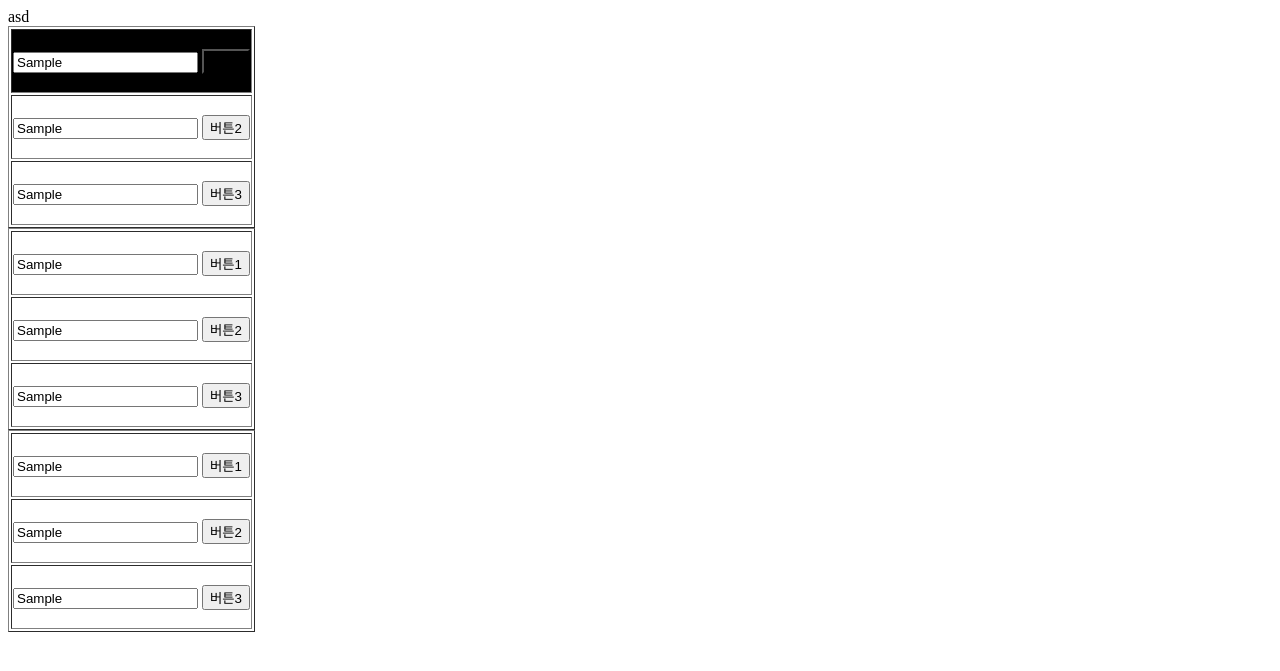
Repository: jojojojoya/programming
Page: dbworkspace/17_JQuery_/src/main/webapp/j6_Object_select.html
An editor plug-in stored every save of this project. The page is shown before and after the next save, followed by the edit.
The browser window is 1280 px wide. The pictures show the whole page.
Empty fields were first filled with sample values (such as "Sample", 5 or name@example.com).
After loading, the first visible `button` was clicked once.

Above is the page before, as saved 2025-01-07 01:01:25.

After the next save:
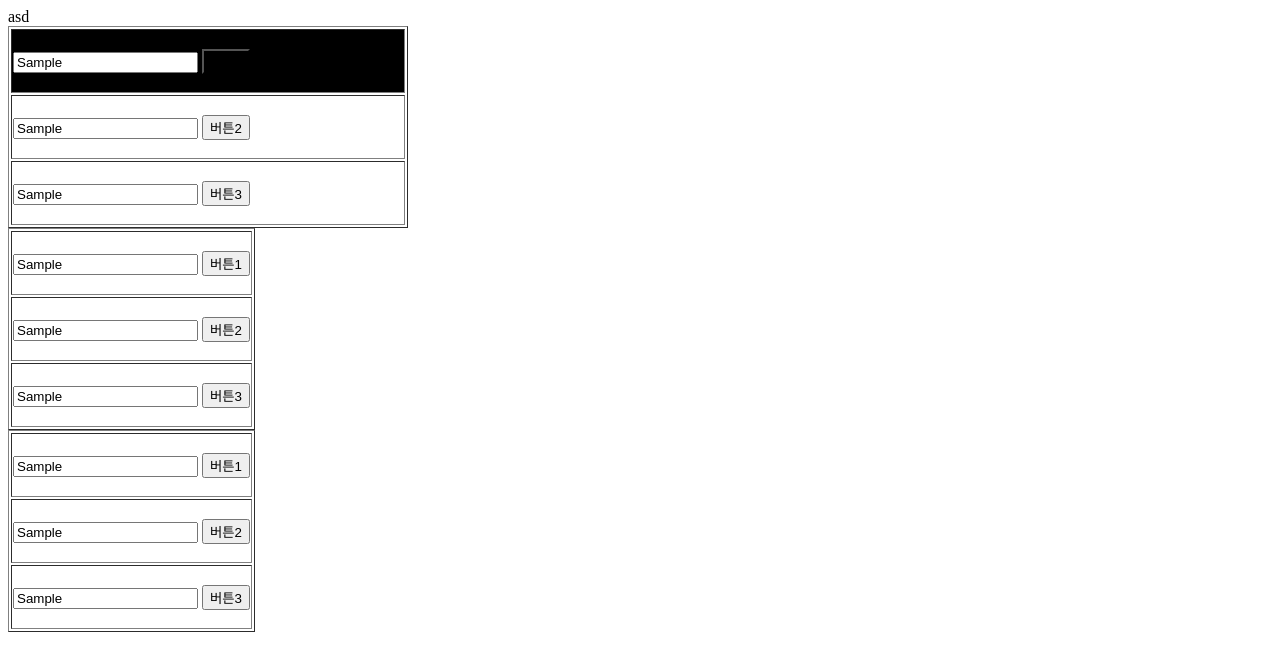
Saved 3 min 56 s later.
--- a/dbworkspace/17_JQuery_/src/main/webapp/j6_Object_select.html
+++ b/dbworkspace/17_JQuery_/src/main/webapp/j6_Object_select.html
@@ -14,7 +14,7 @@ integrity="sha256-eKhayi8LEQwp4NKxN+CfCh+3qOVUtJn3QNZ0TciWLP4=" crossorigin="ano
 		 $(this).parent().css('background-color','black')
 
 		 //눌러진 버튼이 소속된 테이블의 크기를 400px로 변경
-		 $(this).parent().parent().parent().css("width","400px")
+		 $(this).parent().parent().parent().parent().css("width","400px")
 
 	 })
 
